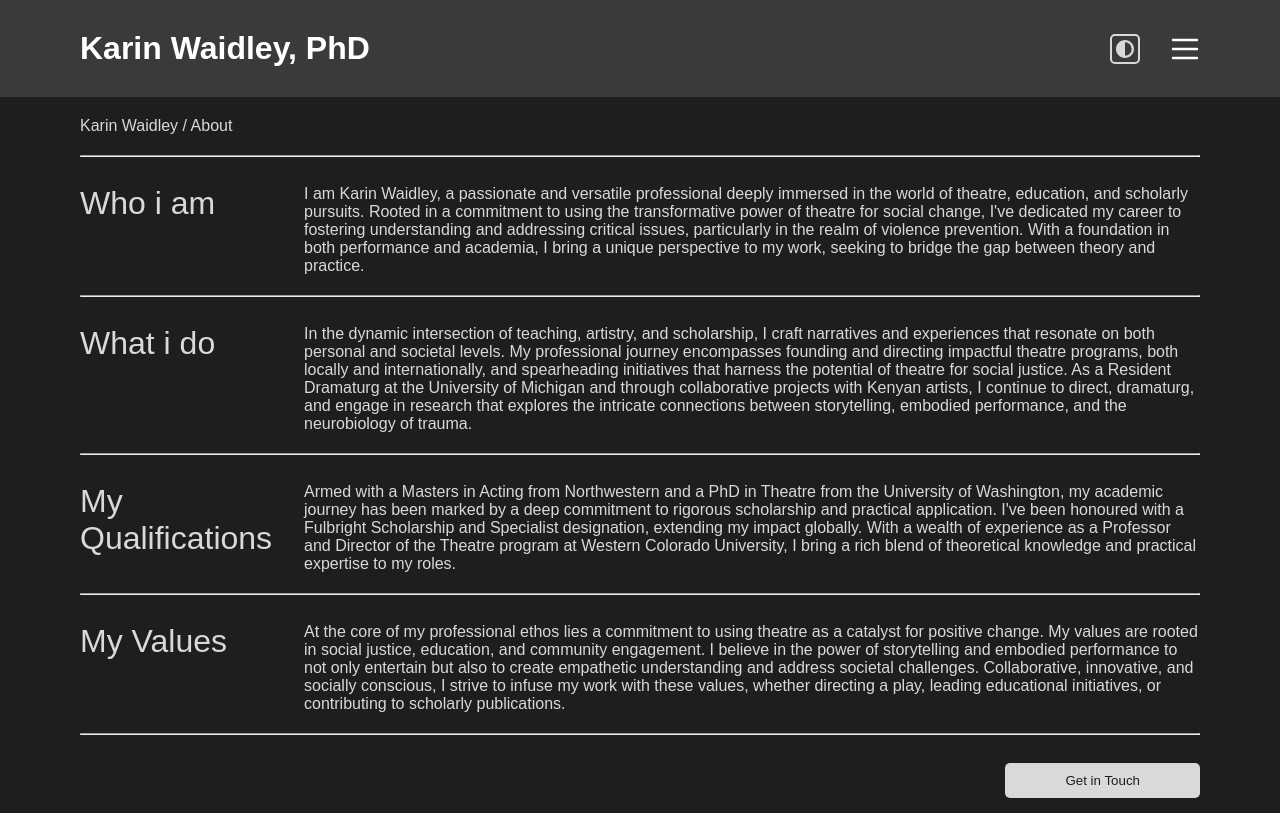
Repository: Ceasor7/Karin
Page: about.html
These files come from the project's save history. The page is drawn as it stood at one moment and after the next save; the edit follows.
The browser window is 1280 px wide. The pictures show the whole page.

Above is the page before, as saved 2023-12-15 15:39:39.

### about.html
<!DOCTYPE html>
<html lang="en">

<head>
    <meta charset="UTF-8">
    <meta name="viewport" content="width=device-width, initial-scale=1.0">
    <link rel="preconnect" href="https://fonts.googleapis.com">
    <link rel="preconnect" href="https://fonts.gstatic.com" crossorigin>
    <link href="https://fonts.googleapis.com/css2?family=Inter:wght@100;300;400;500;600;700;900&display=swap"
        rel="stylesheet">
    <link rel="stylesheet" href="stingo.css">
    <title>Karin Waidley,PhD | About</title>
    <style>
        ::-webkit-scrollbar {
            width: .8em;
            border-radius: .3rem;
            background-color: hsl(0, 0%, 65%);
        }

        ::-webkit-scrollbar-thumb {
            border-radius: .3rem;
            background-color: hsl(0, 0%, 55%);
        }

        ::-webkit-scrollbar-thumb:hover {
            background-color: hsl(0, 0%, 45%);
        }

        /* Global styles */
        body {
            font-family: Arial, sans-serif;
            background-color: var(--primary-color);
        }

        :root {
            --primary-color: #1E1E1E;
            --secondary-color: #D9D9D9;
        }

        .darkmode {
            --primary-color: #D9D9D9;
            --secondary-color: #1E1E1E;
        }

        /* about page */
        nav {
            float: left;
            width: 20%;
            font-size: 2em;
            color: var(--secondary-color);
        }

        article {
            float: left;
            width: 80%;
            margin-bottom: 20px;
            color: var(--secondary-color);
        }

        /* Clear floats after the columns */
        section::after {
            content: "";
            display: table;
            clear: both;
        }

        .about-button {
            margin-top: 20px;
            text-align: right;
            margin-bottom: 15px;
            margin-right: 80px;
        }

        .contact-button {
            padding: 10px;
            background-color: var(--secondary-color);
            color: var(--primary-color);
            padding-left: 60px;
            padding-right: 60px;
            border-radius: 5px;
            border: none;
            cursor: pointer;
        }

        .page-title {
            margin-bottom: 20px;
            color: var(--secondary-color);
        }

        /* about page */
        /* navbar */
        /* Resetting some default styles for better consistency */
        body,
        h1,
        h2,
        h3,
        p,
        ul,
        li {
            margin: 0;
            padding: 0;
            list-style: none;
        }

        /* Navbar styles */
        header {
            background-color: #3A3A3A;
            color: white;
            padding: 10px 0;
        }

        .navbar {
            display: flex;
            justify-content: space-between;
            align-items: center;
            padding: 20px;
            margin-left: 60px;
            margin-right: 60px;
        }

        .navbar-logo {
            font-size: 2em;
            font-weight: bold;
        }

        .navbar-icons {
            display: flex;
            gap: 10px;
        }

        .dark-mode-toggle {
            color: var(--secondary-color);
            border: 2px solid currentColor;
            padding: 4px;
            background: transparent;
            cursor: pointer;
            border-radius: 5px;
            width: 30px;
            height: 30px;
        }

        .dark-mode-toggle,
        .svg-icon {
            margin-right: 20px;
        }

        /* Main content styles */
        section {
            margin-top: 20px;
            margin-left: 80px;
            margin-right: 80px;
        }

        /* navbar */
    </style>
</head>

<body>
    <header>
        <div class="navbar">
            <div class="navbar-logo">Karin Waidley, PhD</div>
            <div class="navbar-icons">
                <button id="dark-mode-toggle" class="dark-mode-toggle">
                    <svg width="100%" xmlns="http://www.w3.org/2000/svg" viewBox="0 0 496 496">
                        <path fill="currentColor"
                            d="M8,256C8,393,119,504,256,504S504,393,504,256,393,8,256,8,8,119,8,256ZM256,440V72a184,184,0,0,1,0,368Z"
                            transform="translate(-8 -8)" />
                    </svg>
                </button>
                <svg xmlns="http://www.w3.org/2000/svg" x="0px" y="0px" width="30" height="30" viewBox="0 0 50 50"
                    style="fill:#FFFFFF;">
                    <path
                        d="M 5 8 A 2.0002 2.0002 0 1 0 5 12 L 45 12 A 2.0002 2.0002 0 1 0 45 8 L 5 8 z M 5 23 A 2.0002 2.0002 0 1 0 5 27 L 45 27 A 2.0002 2.0002 0 1 0 45 23 L 5 23 z M 5 38 A 2.0002 2.0002 0 1 0 5 42 L 45 42 A 2.0002 2.0002 0 1 0 45 38 L 5 38 z">
                    </path>
                </svg>
            </div>
        </div>
    </header>

    <section>
        <p class="page-title">Karin Waidley / About</p>
        <hr>
    </section>

    <section>
        <nav>
            Who i am
        </nav>

        <article>
            I am Karin Waidley, a passionate and versatile professional deeply immersed in the world of theatre,
            education, and scholarly pursuits. Rooted in a commitment to using the transformative power of theatre
            for
            social change, I've dedicated my career to fostering understanding and addressing critical issues,
            particularly in the realm of violence prevention. With a foundation in both performance and academia, I
            bring a unique perspective to my work, seeking to bridge the gap between theory and practice.
        </article>
        <hr>
    </section>
    <section>
        <nav>
            What i do
        </nav>

        <article>
            In the dynamic intersection of teaching, artistry, and scholarship, I craft narratives and experiences
            that
            resonate on both personal and societal levels. My professional journey encompasses founding and
            directing
            impactful theatre programs, both locally and internationally, and spearheading initiatives that harness
            the
            potential of theatre for social justice. As a Resident Dramaturg at the University of Michigan and
            through
            collaborative projects with Kenyan artists, I continue to direct, dramaturg, and engage in research that
            explores the intricate connections between storytelling, embodied performance, and the neurobiology of
            trauma.
        </article>
        <hr>
    </section>
    <section>
        <nav>
            My Qualifications
        </nav>

        <article>
            Armed with a Masters in Acting from Northwestern and a PhD in Theatre from the University of Washington,
            my
            academic journey has been marked by a deep commitment to rigorous scholarship and practical application.
            I've been honoured with a Fulbright Scholarship and Specialist designation, extending my impact
            globally.
            With a wealth of experience as a Professor and Director of the Theatre program at Western Colorado
            University, I bring a rich blend of theoretical knowledge and practical expertise to my roles.
        </article>
        <hr>
    </section>

    <section>
        <nav>
            My Values
        </nav>

        <article>
            At the core of my professional ethos lies a commitment to using theatre as a catalyst for positive
            change.
            My values are rooted in social justice, education, and community engagement. I believe in the power of
            storytelling and embodied performance to not only entertain but also to create empathetic understanding
            and
            address societal challenges. Collaborative, innovative, and socially conscious, I strive to infuse my
            work
            with these values, whether directing a play, leading educational initiatives, or contributing to
            scholarly
            publications.
        </article>
        <hr>
    </section>
    <div class="about-button">
        <a href="contact.html">
            <button class="contact-button">Get in Touch</button>
        </a>

    </div>

    <script src="darkMode.js"></script>
</body>





</html>

### darkMode.js

let darkMode = localStorage.getItem('darkMode');

const darkModeToggle = document.querySelector('#dark-mode-toggle');

const enableDarkMode = () => {
  document.body.classList.add('darkmode');
  localStorage.setItem('darkMode', 'enabled');
}

const disableDarkMode = () => {

  document.body.classList.remove('darkmode');

  localStorage.setItem('darkMode', null);
}


if (darkMode === 'enabled') {
  enableDarkMode();
}

darkModeToggle.addEventListener('click', () => {

  darkMode = localStorage.getItem('darkMode');

  if (darkMode !== 'enabled') {
    enableDarkMode();
  } else {
    disableDarkMode();
  }
});

Loaded but not shown: stingo.css (common file)

After the next save:
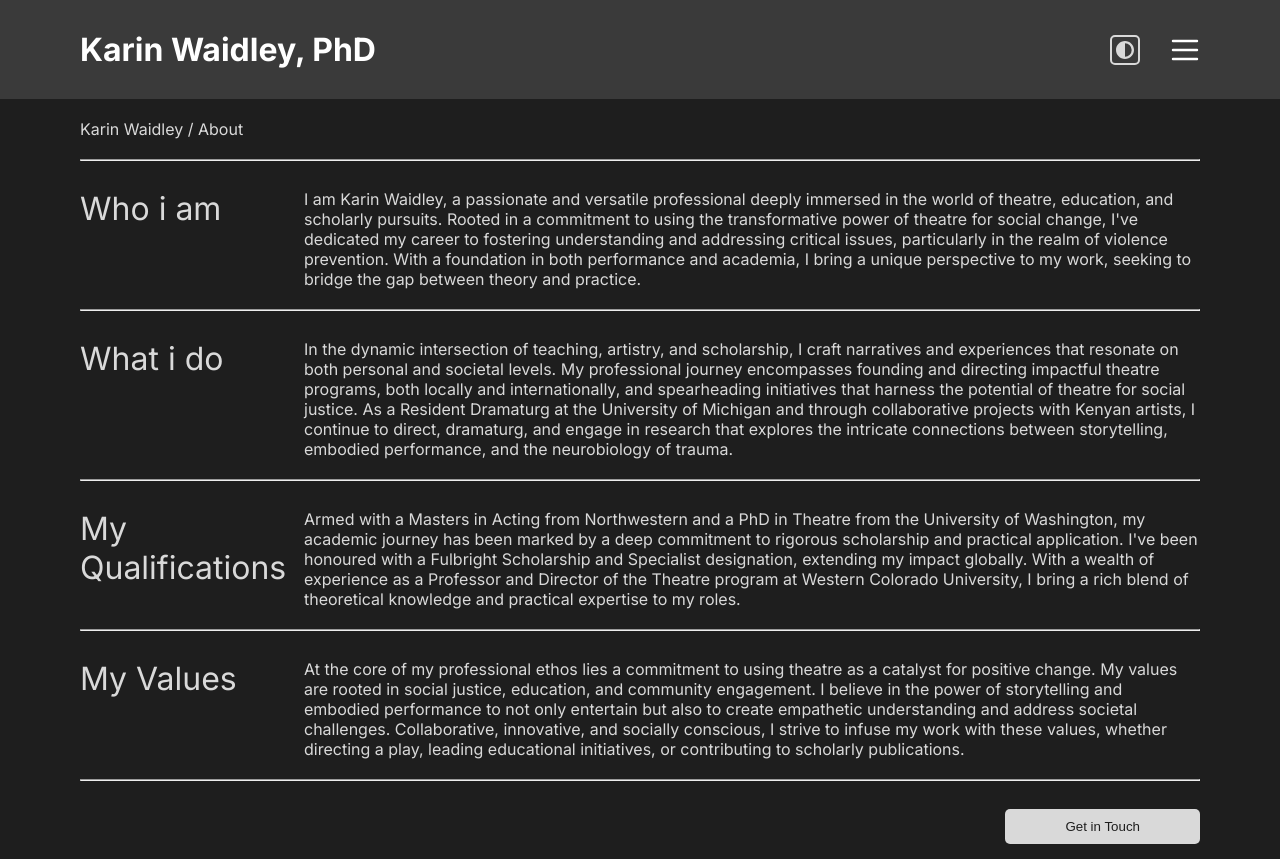
Saved 33 s later.
--- a/about.html
+++ b/about.html
@@ -28,7 +28,7 @@
 
         /* Global styles */
         body {
-            font-family: Arial, sans-serif;
+            font-family: 'Inter', sans-serif;
             background-color: var(--primary-color);
         }
 
